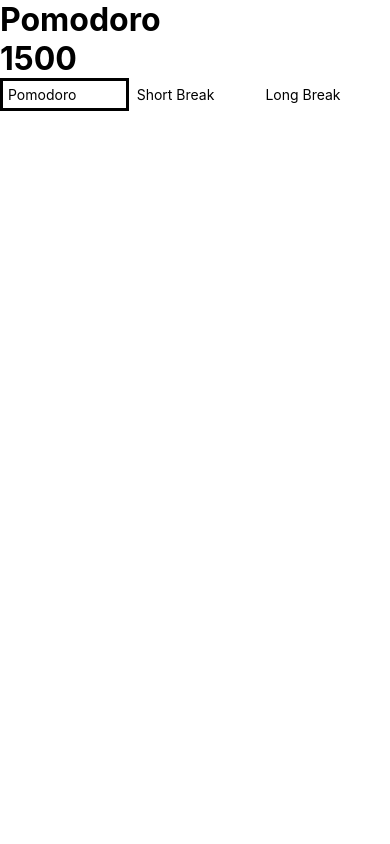
Repository: rchavarria77/pomodoro-app
Screen: /
These files come from the project's save history. The screen is drawn as it stood at one moment and after the next save; the edit follows.
The app was drawn by React Native's web renderer in a window 390 px wide. The project was rebuilt for these pictures with package versions that can differ from the ones it lists, and the page was loaded fresh each time.

Above is the screen before, as saved 2024-02-01 00:52:06.

After the next save:
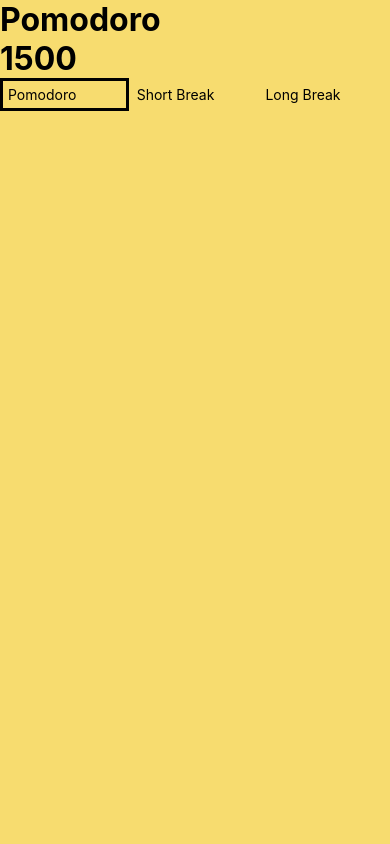
Saved 63 s later.
--- a/App.js
+++ b/App.js
@@ -10,7 +10,9 @@ export default function App() {
   const [currentTime, setCurrentTime] = useState('POMO' | 'SHORT' | 'BREAK');
 
   return (
-    <SafeAreaView style={styles.container}>
+    <SafeAreaView
+      style={[styles.container, { backgroundColor: colors[currentTime] }]}
+    >
       <View style={{ paddingTop: Platform.OS === 'android' && 30 }}>
         <Text style={styles.text}>Pomodoro</Text>
         <Text style={styles.text}>{time}</Text>
